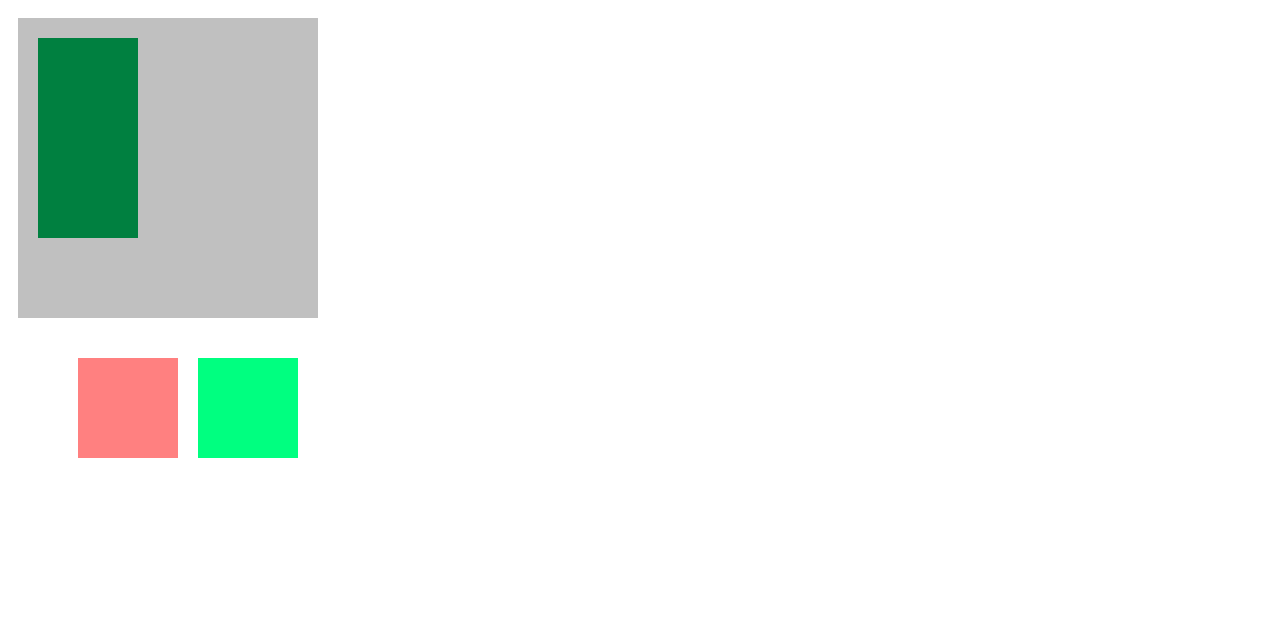
Repository: BaekJiGyeong/JSP_web
Page: http://localhost/Article/
These files come from the project's save history. The page is drawn as it stood at one moment and after the next save; the edit follows.
The browser window is 1280 px wide. The pictures show the whole page.
The page is served by Tomcat 9. Other server files are loaded and not shown.

Above is the page before, as saved 2016-03-03 10:20:38.

### Article/WebContent/index.jsp
<%@ page language="java" contentType="text/html; charset=UTF-8"
    pageEncoding="UTF-8"%>

<jsp:include page="./WEB-INF/view/common/project2.jsp"></jsp:include>

### Article/WebContent/WEB-INF/view/common/project2.jsp
<%@ page language="java" contentType="text/html; charset=UTF-8"
    pageEncoding="UTF-8"%>
<!DOCTYPE html>
<html>
<head>
<meta http-equiv="Content-Type" content="text/html; charset=UTF-8">
<link rel="stylesheet" type="text/css" href="/resource/css/project2.css"/>
<title>Insert title here</title>
</head>
<body>
<div id="wrapper">

	<div id="col1">
		<div id="col1row1">
		</div>
	</div>
	<div id="col2">
		<div id="col2row1">
		</div>
		<div id="col2row2">
		</div>
	</div>

</div>

</body>
</html>

### Article/WebContent/resource/css/project2.css
@CHARSET "UTF-8";

div {
	margin: 10px;
}
div#wrapper {
	 background-color: #c0c0c0;
	 position: absolute;
	 width: 300px;
	 height: 300px;

}
div#col1 {
	float: left;
	width: 100%;
	 height: 100%;
}
div#col1row1 {
	background-color: #008040;
	width: 100px;
	height: 200px;
	float: left;
}
div#col2 {
	float: right;
	width: 100%;
	 height: 100%;
}
div#col2row1 {
	background-color: #00ff80;
	width: 100px;
	height: 100px;
	float: right;
}
div#col2row2 {
	background-color: #ff8080;
	width: 100px;
	height: 100px;
	top: 120px;
	float: right;

}

After the next save:
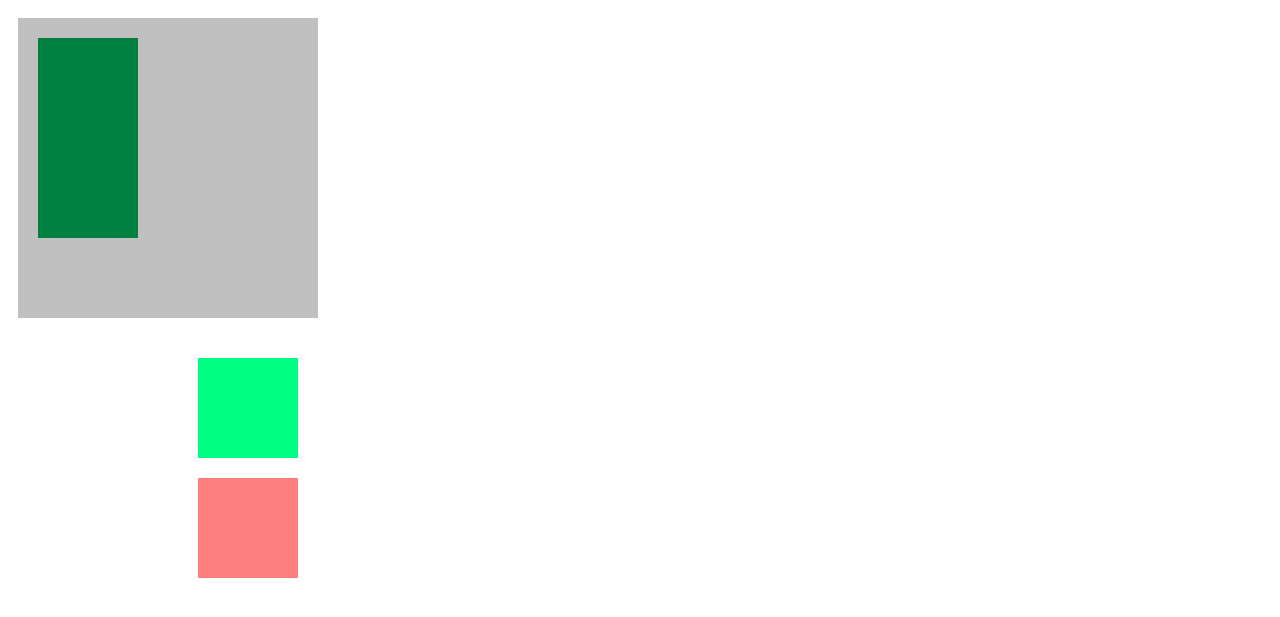
Saved 62 s later.
--- a/Article/WebContent/resource/css/project2.css
+++ b/Article/WebContent/resource/css/project2.css
@@ -12,7 +12,7 @@ div#wrapper {
 }
 div#col1 {
 	float: left;
-	width: 100%;
+	width: 50%;
 	 height: 100%;
 }
 div#col1row1 {
@@ -23,7 +23,7 @@ div#col1row1 {
 }
 div#col2 {
 	float: right;
-	width: 100%;
+	width: 50%;
 	 height: 100%;
 }
 div#col2row1 {
